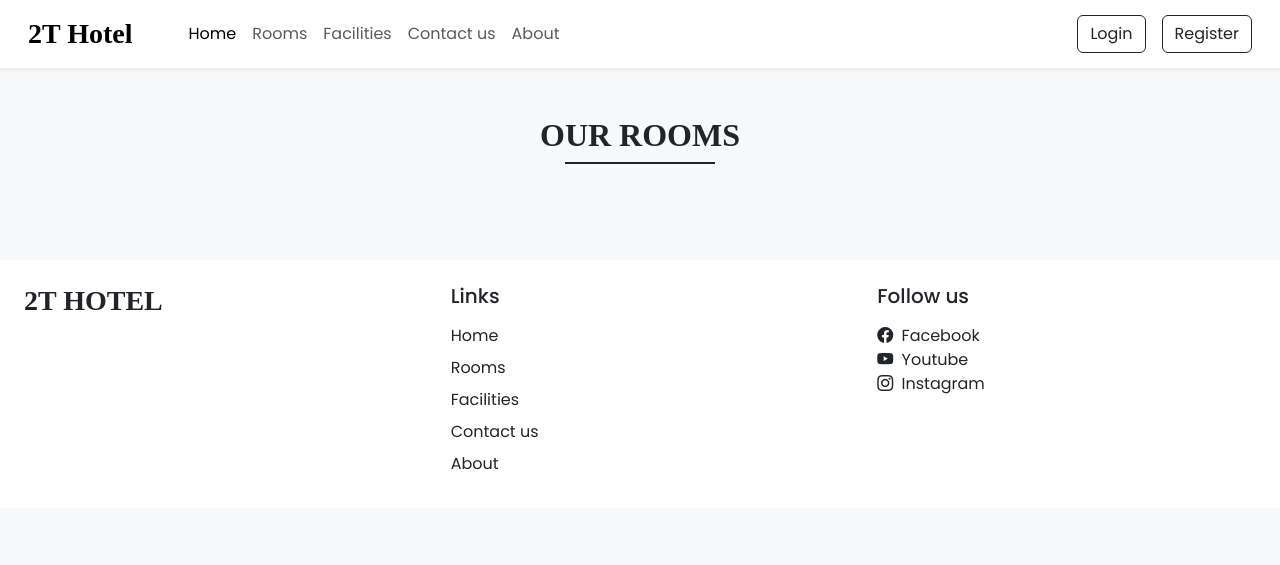
Repository: TaTongThanh2003/DoAnCoSo2024_BookingHotelWebsite
Page: http://localhost/WebsiteBookingHotel/rooms.php
These files come from the project's save history. The page is drawn as it stood at one moment and after the next save; the edit follows.
The browser window is 1280 px wide. The pictures show the whole page.
Some web fonts or font styles are not loaded; a fallback is used. The page is run by PHP 8.4 with error messages shown; the project is at /var/www/html/.

Above is the page before, as saved 2024-03-22 15:35:03.

After the next save:
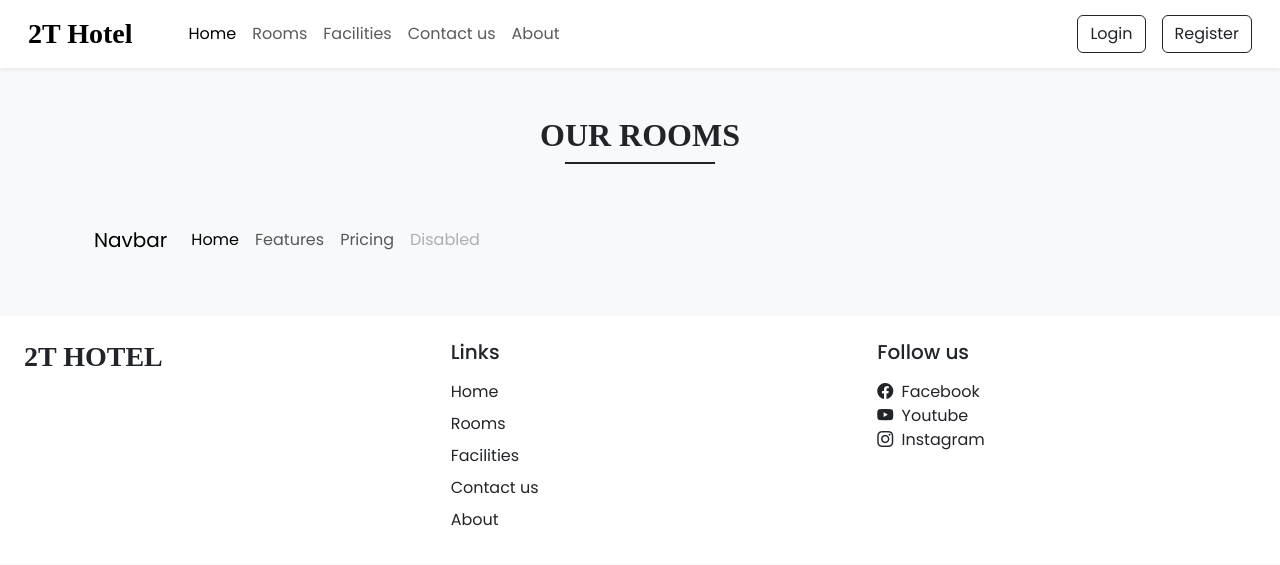
Saved 4 min 47 s later.
--- a/WebsiteBookingHotel/rooms.php
+++ b/WebsiteBookingHotel/rooms.php
@@ -34,7 +34,34 @@
     </div>
     <div class="container">
         <div class="row">
-
+            <div class="col-lg-3">
+                <nav class="navbar navbar-expand-lg bg-body-tertiary">
+                    <div class="container-fluid">
+                        <a class="navbar-brand" href="#">Navbar</a>
+                        <button class="navbar-toggler" type="button" data-bs-toggle="collapse"
+                            data-bs-target="#navbarNav" aria-controls="navbarNav" aria-expanded="false"
+                            aria-label="Toggle navigation">
+                            <span class="navbar-toggler-icon"></span>
+                        </button>
+                        <div class="collapse navbar-collapse" id="navbarNav">
+                            <ul class="navbar-nav">
+                                <li class="nav-item">
+                                    <a class="nav-link active" aria-current="page" href="#">Home</a>
+                                </li>
+                                <li class="nav-item">
+                                    <a class="nav-link" href="#">Features</a>
+                                </li>
+                                <li class="nav-item">
+                                    <a class="nav-link" href="#">Pricing</a>
+                                </li>
+                                <li class="nav-item">
+                                    <a class="nav-link disabled" aria-disabled="true">Disabled</a>
+                                </li>
+                            </ul>
+                        </div>
+                    </div>
+                </nav>
+            </div>
         </div>
     </div>
 
